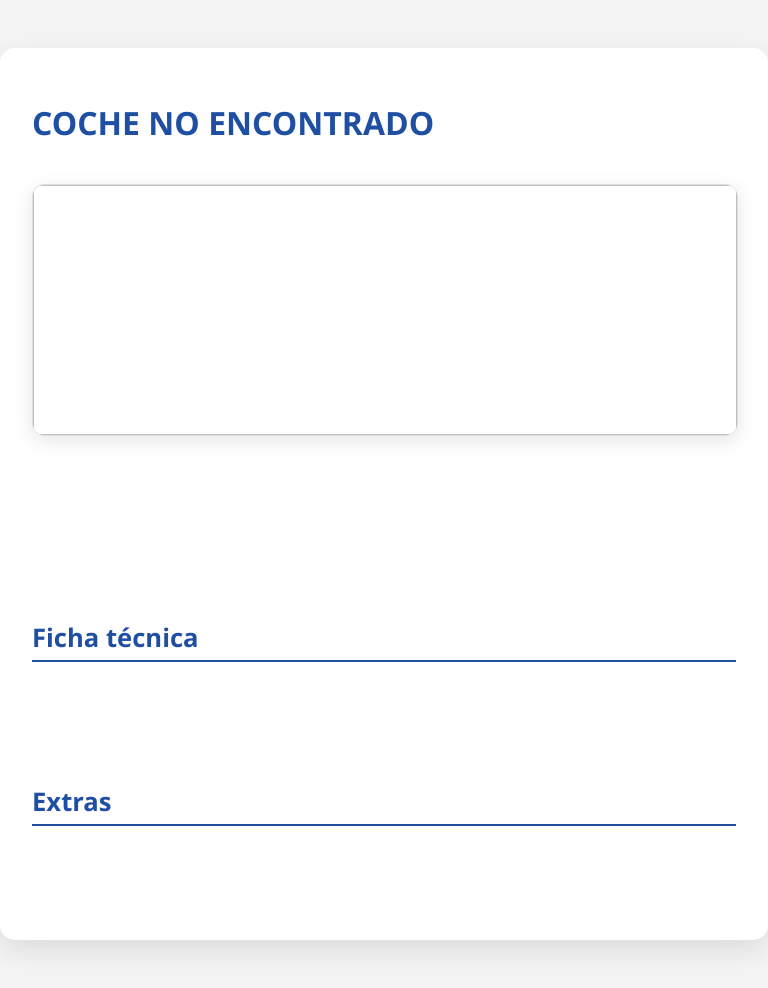
Repository: ikcpt/404-rpm
Page: dev/frontend/base.html
The author's editor kept a copy of each file at every save. The page is drawn from the files as they stood at one save, then again after the next save.
The browser window is 768 px wide. The pictures show the whole page.

Above is the page before, as saved 2026-01-28 08:41:41.

### dev/frontend/base.html
<!doctype html>
<html lang="es">
  <head>
    <meta charset="UTF-8" />
    <title>Ficha del coche</title>
    <link rel="stylesheet" href="css/ficha.css" />
  </head>
  <body>
    <main class="ficha">
      <h1 id="nombre"></h1>

      <img id="img" />

      <div id="marca"></div>
      <div id="tipo"></div>
      <div id="precio"></div>

      <p id="descripcion"></p>

      <h3>Ficha técnica</h3>
      <div id="ficha"></div>

      <h3>Extras</h3>
      <ul id="extras"></ul>
    </main>

    <script src="ficha.js"></script>
  </body>
</html>

### dev/frontend/css/ficha.css
:root {
    --color-primario: #1e4fa3;
    --color-secundario: #e10600;
    --color-terciario: #333;
}

body {
    font-family: 'Segoe UI', Tahoma, Geneva, Verdana, sans-serif;
    background-color: #f4f4f4;
    margin: 0;
    padding: 0;
    color: var(--color-terciario);
}

.ficha {
    max-width: 900px;
    margin: 3rem auto;
    background: rgba(255,255,255,0.95);
    backdrop-filter: blur(10px);
    border-radius: 15px;
    box-shadow: 0 10px 30px rgba(0,0,0,0.1);
    padding: 2rem;
    display: flex;
    flex-direction: column;
    gap: 1.5rem;
}

.ficha h1 {
    font-size: 2.5rem;
    font-weight: 800;
    text-transform: uppercase;
    color: var(--color-primario);
    margin-bottom: 1rem;
}

.ficha img {
    width: 100%;
    height: 400px;
    object-fit: cover;
    border-radius: 12px;
    border: 1px solid #ddd;
    box-shadow: 0 5px 20px rgba(0,0,0,0.1);
    transition: transform 0.3s, box-shadow 0.3s;
}

.ficha img:hover {
    transform: scale(1.02);
    box-shadow: 0 10px 30px rgba(0,0,0,0.2);
}

#marca, #tipo, #precio {
    font-weight: 600;
    font-size: 1.1rem;
}

#precio {
    color: var(--color-secundario);
    font-size: 1.4rem;
    font-weight: 700;
}

.ficha p#descripcion {
    line-height: 1.6;
    color: #555;
}

.ficha h3 {
    margin-top: 2rem;
    font-size: 1.6rem;
    color: var(--color-primario);
    border-bottom: 2px solid var(--color-primario);
    display: inline-block;
    padding-bottom: 5px;
}

#ficha {
    display: flex;
    flex-wrap: wrap;
    gap: 1rem 2rem;
    margin-top: 1rem;
}

#ficha div {
    background: #fff;
    border: 1px solid #eee;
    border-radius: 10px;
    padding: 1rem;
    flex: 1 1 200px;
    box-shadow: 0 5px 15px rgba(0,0,0,0.05);
    transition: transform 0.3s, box-shadow 0.3s;
}

#ficha div:hover {
    transform: translateY(-3px);
    box-shadow: 0 10px 25px rgba(0,0,0,0.1);
}

#extras {
    list-style: none;
    padding: 0;
    display: flex;
    flex-wrap: wrap;
    gap: 0.8rem;
}

#extras li {
    background: var(--color-primario);
    color: white;
    padding: 0.5rem 1rem;
    border-radius: 50px;
    font-weight: 600;
    font-size: 0.9rem;
    transition: transform 0.2s, box-shadow 0.2s;
}

#extras li:hover {
    transform: translateY(-2px);
    box-shadow: 0 4px 12px rgba(30,79,163,0.3);
}

/* Botón ver ficha (si lo quieres reutilizar) */
.btn-ver {
    background-color: var(--color-primario);
    color: white;
    padding: 0.6rem 1.2rem;
    border-radius: 50px;
    font-weight: 600;
    cursor: pointer;
    border: none;
    transition: transform 0.2s, box-shadow 0.2s;
}

.btn-ver:hover {
    transform: translateY(-2px);
    box-shadow: 0 5px 15px rgba(30,79,163,0.3);
}

/* RESPONSIVE */
@media (max-width: 768px) {
    .ficha img {
        height: 250px;
    }

    .ficha h1 {
        font-size: 2rem;
    }

    #ficha {
        flex-direction: column;
    }

    #extras {
        justify-content: center;
    }
}

### dev/frontend/ficha.js
const id = new URLSearchParams(window.location.search).get('id');

if (!id) {
    document.getElementById('nombre').textContent = "Coche no encontrado";
} else {
    fetch(`api/cars/${id}`)
        .then(r => r.json())
        .then(c => {

            document.getElementById('img').src = c.image;
            document.getElementById('nombre').textContent = c.model;
            document.getElementById('precio').textContent = `${Number(c.price).toLocaleString()} €`;
            document.getElementById('descripcion').textContent = c.description;

            document.getElementById('marca').textContent =
                `${c.brand.name} (${c.brand.country})`;

            document.getElementById('tipo').textContent = c.type;

            // Ficha técnica bonita
            const ficha = document.getElementById('ficha');
            ficha.innerHTML = `
                <div><strong>Marca:</strong> ${c.brand.name}</div>
                <div><strong>Origen:</strong> ${c.brand.country}</div>
                <div><strong>Combustible:</strong> ${c.type}</div>
                <div><strong>Precio:</strong> ${Number(c.price).toLocaleString()} €</div>
            `;

            // Extras
            const extras = document.getElementById('extras');
            extras.innerHTML = '';

            if (c.extras.length) {
                c.extras.forEach(e => {
                    const li = document.createElement('li');
                    li.textContent = `${e.name} – ${e.description}`;
                    extras.appendChild(li);
                });
            } else {
                extras.innerHTML = '<li>Sin extras</li>';
            }

        })
        .catch(() => {
            document.getElementById('nombre').textContent = "Coche no encontrado";
        });
}

After the next save:
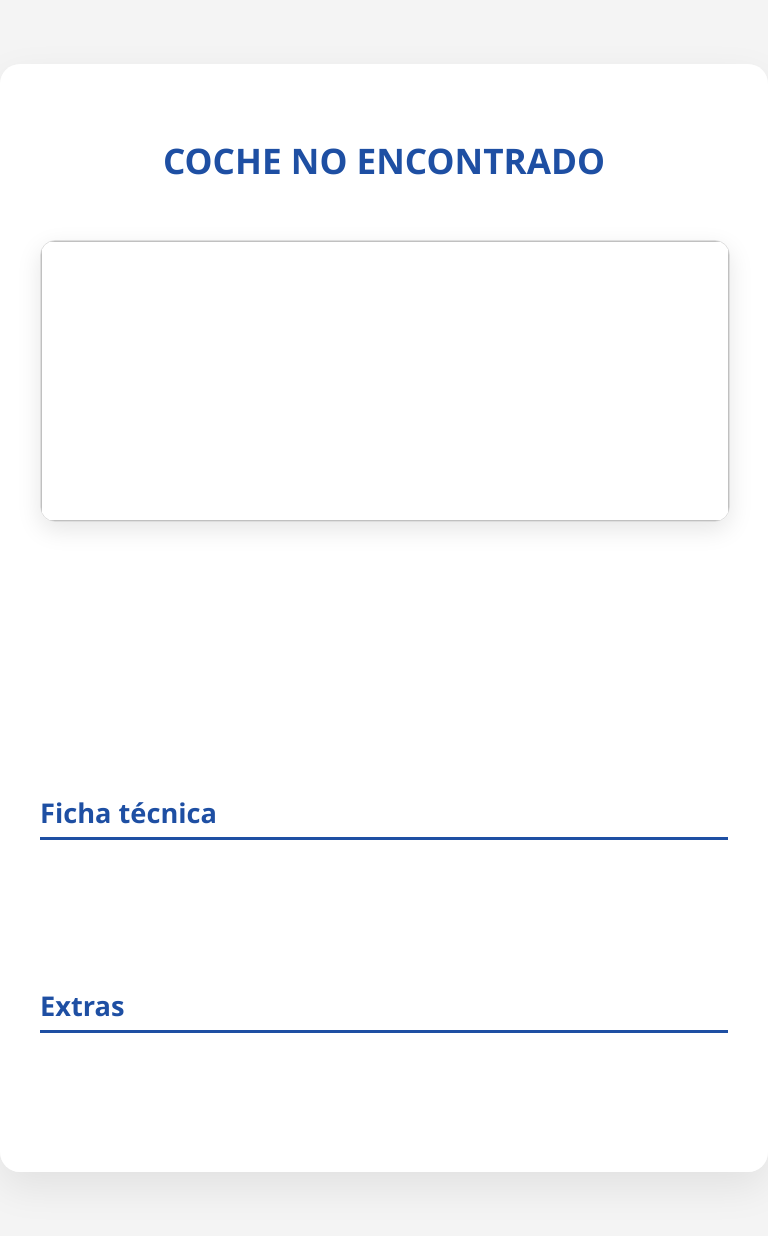
Saved 97 s later.
--- a/dev/frontend/css/ficha.css
+++ b/dev/frontend/css/ficha.css
@@ -14,85 +14,88 @@ body {
 
 .ficha {
     max-width: 900px;
-    margin: 3rem auto;
-    background: rgba(255,255,255,0.95);
-    backdrop-filter: blur(10px);
-    border-radius: 15px;
-    box-shadow: 0 10px 30px rgba(0,0,0,0.1);
-    padding: 2rem;
+    margin: 4rem auto; /* Más separación arriba y abajo */
+    background: rgba(255,255,255,0.97);
+    backdrop-filter: blur(12px);
+    border-radius: 20px;
+    box-shadow: 0 15px 40px rgba(0,0,0,0.08);
+    padding: 3rem 2.5rem;
     display: flex;
     flex-direction: column;
-    gap: 1.5rem;
+    gap: 2rem;
 }
 
 .ficha h1 {
-    font-size: 2.5rem;
+    font-size: 2.8rem;
     font-weight: 800;
     text-transform: uppercase;
     color: var(--color-primario);
-    margin-bottom: 1rem;
+    margin-bottom: 1.5rem;
+    text-align: center;
 }
 
 .ficha img {
     width: 100%;
-    height: 400px;
+    height: 420px;
     object-fit: cover;
-    border-radius: 12px;
+    border-radius: 15px;
     border: 1px solid #ddd;
-    box-shadow: 0 5px 20px rgba(0,0,0,0.1);
+    box-shadow: 0 8px 25px rgba(0,0,0,0.1);
     transition: transform 0.3s, box-shadow 0.3s;
 }
 
 .ficha img:hover {
     transform: scale(1.02);
-    box-shadow: 0 10px 30px rgba(0,0,0,0.2);
+    box-shadow: 0 15px 40px rgba(0,0,0,0.2);
 }
 
 #marca, #tipo, #precio {
     font-weight: 600;
-    font-size: 1.1rem;
+    font-size: 1.15rem;
+    margin-bottom: 0.5rem;
 }
 
 #precio {
     color: var(--color-secundario);
-    font-size: 1.4rem;
+    font-size: 1.5rem;
     font-weight: 700;
 }
 
 .ficha p#descripcion {
-    line-height: 1.6;
+    line-height: 1.75;
     color: #555;
+    margin-bottom: 2rem;
 }
 
 .ficha h3 {
-    margin-top: 2rem;
-    font-size: 1.6rem;
+    margin-top: 2.5rem;
+    font-size: 1.7rem;
     color: var(--color-primario);
-    border-bottom: 2px solid var(--color-primario);
+    border-bottom: 3px solid var(--color-primario);
     display: inline-block;
-    padding-bottom: 5px;
+    padding-bottom: 6px;
 }
 
 #ficha {
     display: flex;
     flex-wrap: wrap;
-    gap: 1rem 2rem;
+    gap: 1.5rem 2rem;
     margin-top: 1rem;
 }
 
 #ficha div {
     background: #fff;
     border: 1px solid #eee;
-    border-radius: 10px;
-    padding: 1rem;
-    flex: 1 1 200px;
-    box-shadow: 0 5px 15px rgba(0,0,0,0.05);
+    border-radius: 12px;
+    padding: 1.2rem 1.5rem;
+    flex: 1 1 220px;
+    box-shadow: 0 6px 18px rgba(0,0,0,0.06);
     transition: transform 0.3s, box-shadow 0.3s;
 }
 
 #ficha div:hover {
     transform: translateY(-3px);
-    box-shadow: 0 10px 25px rgba(0,0,0,0.1);
+    box-shadow: 0 12px 28px rgba(0,0,0,0.12);
 }
 
 #extras {
@@ -101,48 +104,50 @@ body {
     display: flex;
     flex-wrap: wrap;
     gap: 0.8rem;
+    margin-top: 1rem;
 }
 
 #extras li {
     background: var(--color-primario);
     color: white;
-    padding: 0.5rem 1rem;
+    padding: 0.55rem 1.2rem;
     border-radius: 50px;
     font-weight: 600;
-    font-size: 0.9rem;
+    font-size: 0.95rem;
     transition: transform 0.2s, box-shadow 0.2s;
 }
 
 #extras li:hover {
     transform: translateY(-2px);
-    box-shadow: 0 4px 12px rgba(30,79,163,0.3);
+    box-shadow: 0 5px 15px rgba(30,79,163,0.3);
 }
 
-/* Botón ver ficha (si lo quieres reutilizar) */
 .btn-ver {
     background-color: var(--color-primario);
     color: white;
-    padding: 0.6rem 1.2rem;
+    padding: 0.65rem 1.4rem;
     border-radius: 50px;
     font-weight: 600;
     cursor: pointer;
     border: none;
     transition: transform 0.2s, box-shadow 0.2s;
+    align-self: flex-start;
+    margin-top: 1rem;
 }
 
 .btn-ver:hover {
     transform: translateY(-2px);
-    box-shadow: 0 5px 15px rgba(30,79,163,0.3);
+    box-shadow: 0 6px 20px rgba(30,79,163,0.3);
 }
 
 /* RESPONSIVE */
 @media (max-width: 768px) {
     .ficha img {
-        height: 250px;
+        height: 280px;
     }
 
     .ficha h1 {
-        font-size: 2rem;
+        font-size: 2.2rem;
     }
 
     #ficha {
